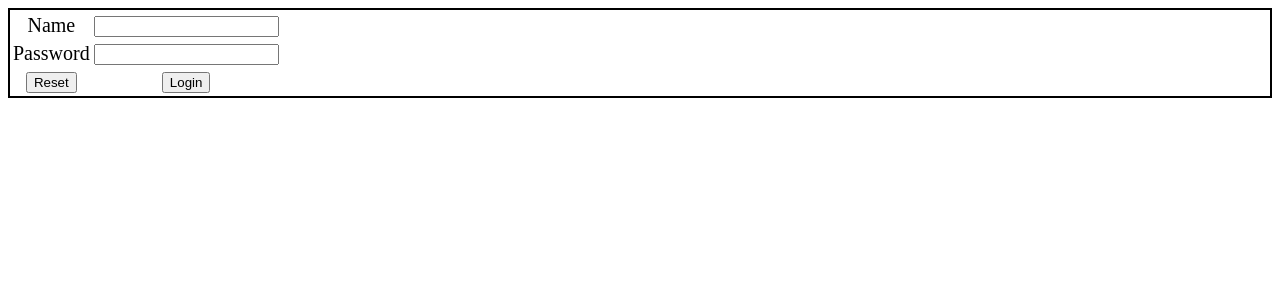
Repository: jks2127/SMS-webApp
Page: sms 1.2/WebContent/index.html
The author's editor kept a copy of each file at every save. The page is drawn from the files as they stood at one save, then again after the next save.
The browser window is 1280 px wide. The pictures show the whole page.

Above is the page before, as saved 2021-06-11 12:00:08.

### sms 1.2/WebContent/index.html
<!DOCTYPE html>
<html>
<head>
	<meta charset="ISO-8859-1">
	<title>Student Management System</title>

	<style>
		.container{

		text-align:center;
		border:2px solid black;
		}

		#body form{
		font-size:20px;
		text-align: center;
		}
	</style>
</head>

<body id="body">
<div class="container">
	<form action="Login" method="POST">
		<table>
			<tr>
				<td> Name </td>
				<td><input type="text" name="user_name"></td>
			</tr>
			<tr>
				<td>Password</td>
				<td><input type="password" name="user_pswd"></td>
			</tr>
			<tr>
				<td><button type="reset">Reset</button></td>
				<td><button type="submit">Login</button></td>
			</tr>
		</table>

	</form>
</div>
</body>
</html>

After the next save:
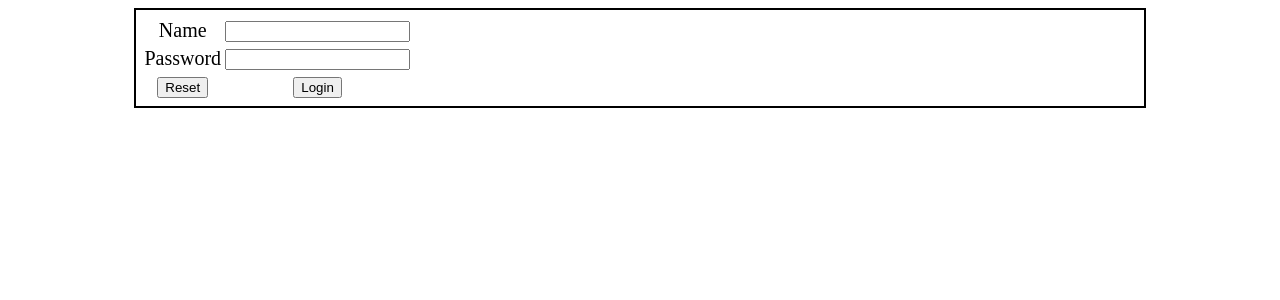
Saved 51 s later.
--- a/sms 1.2/WebContent/index.html
+++ b/sms 1.2/WebContent/index.html
@@ -6,9 +6,10 @@
 
 	<style>
 		.container{
-
-		text-align:center;
+		margin-left:10%;
+		margin-right:10%;
 		border:2px solid black;
+		padding:5px;
 		}
 
 		#body form{
